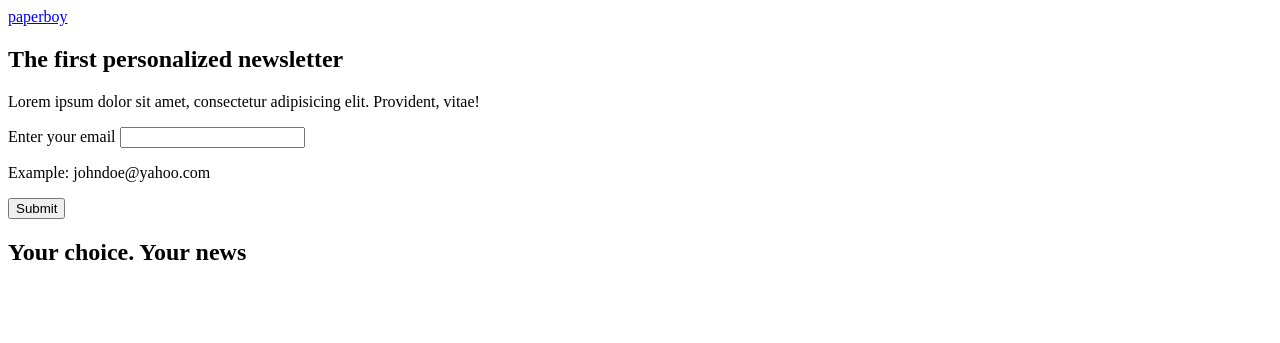
Repository: Gionnn/proiecte
Page: index.html
These files come from the project's save history. The page is drawn as it stood at one moment and after a run of saves; the edit follows.
The browser window is 1280 px wide. The pictures show the whole page.

Above is the page before, as saved 2022-11-28 10:57:10.

After the next 2 saves:
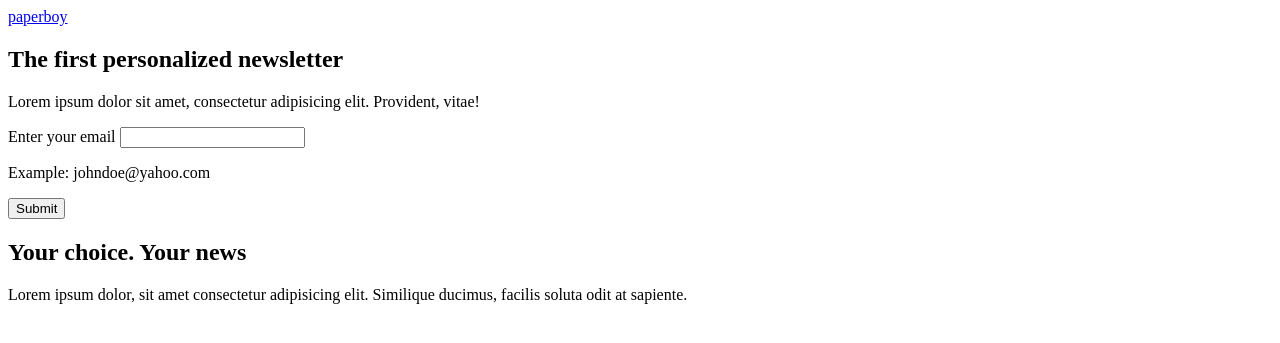
The 2 saves are shown as one change because they came seconds apart.
The last was saved 15 s later.
--- a/index.html
+++ b/index.html
@@ -36,6 +36,10 @@
     <section class="bottom">
       <div class="right-col">
         <h2>Your choice. Your news</h2>
+        <p>
+          Lorem ipsum dolor, sit amet consectetur adipisicing elit. Similique
+          ducimus, facilis soluta odit at sapiente.
+        </p>
       </div>
     </section>
   </body>
